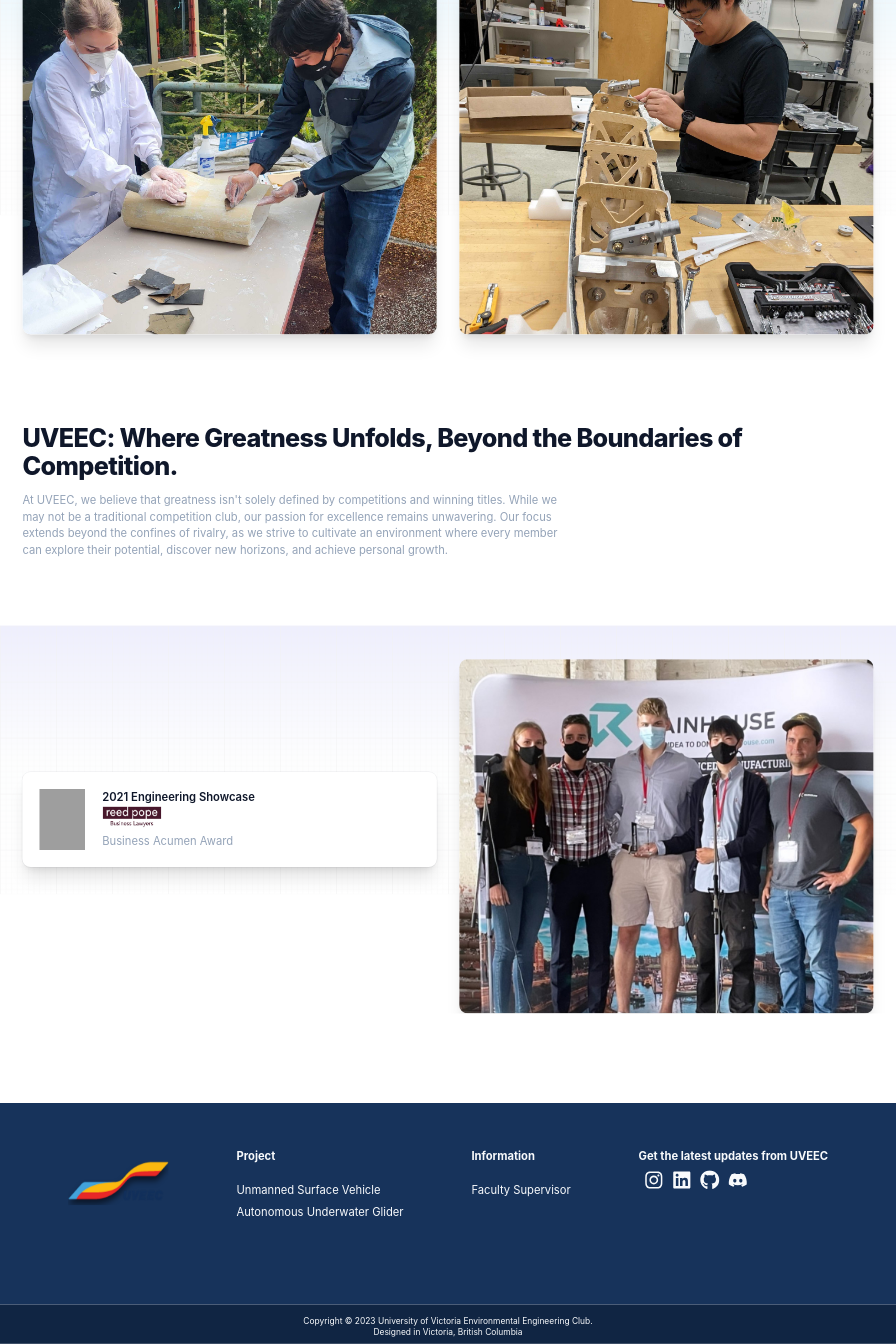
Repository: markaxelus/uveec-website
Page: /
An editor plug-in stored every save of this project. The page is shown before and after the next save, followed by the edit.
The browser window is 1280 px wide. The pictures show the part of the page from y = 1264 to 3184 px (the page is 3184 px tall before and 3104 px after), at 70% of full size.
Pictures or frames that could not be fetched are drawn as grey boxes. The project was rebuilt for these pictures with package versions that can differ from the ones it lists, and the page was loaded fresh each time. The framework's server and built-in components were replaced by stand-ins that run in the browser. Also part of the build but not shown: next.config.js, src/components/molecules/ProfileCard.tsx.

Above is the page before, as saved 2024-06-08 23:39:44.

After the next save:
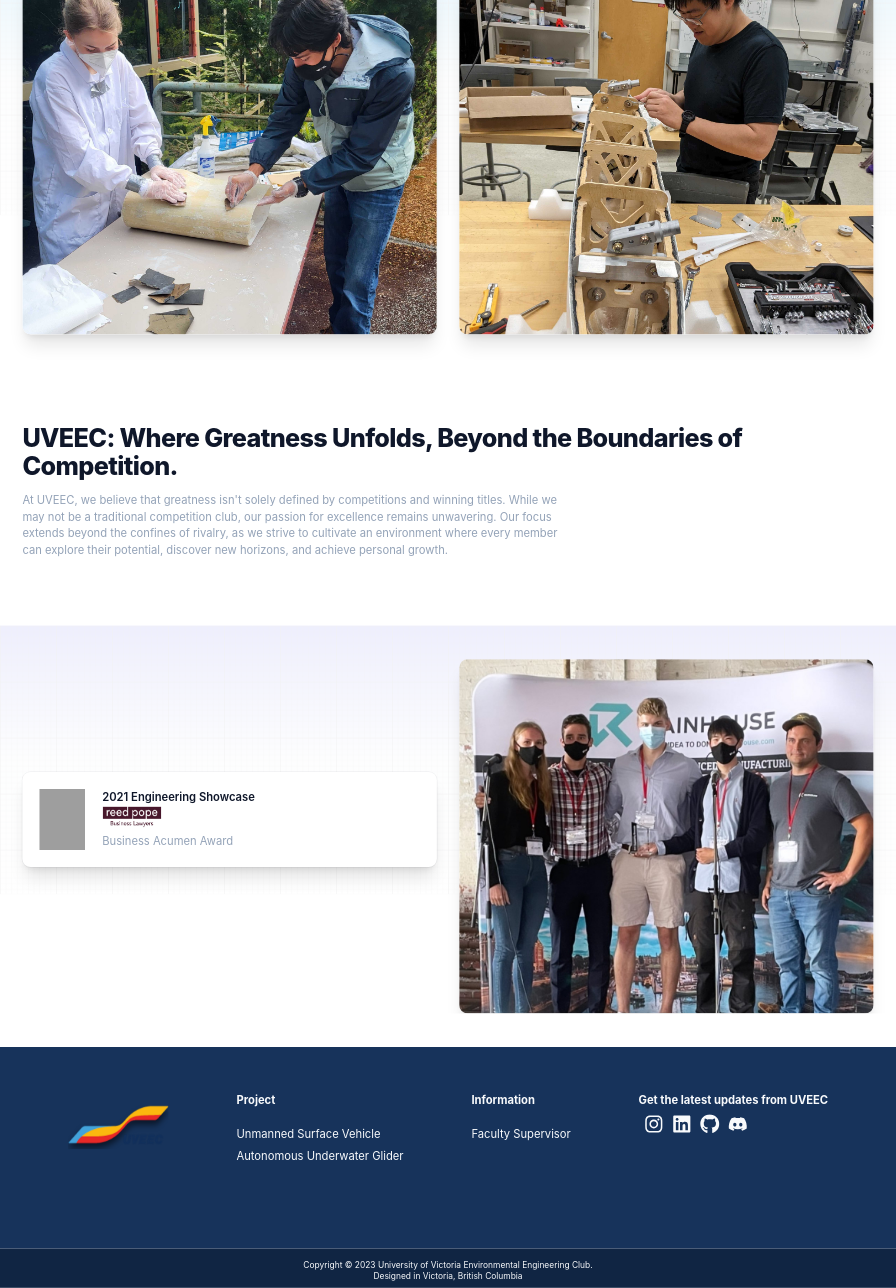
Saved 10 s later.
--- a/pages/index.tsx
+++ b/pages/index.tsx
@@ -38,7 +38,7 @@
         <HeroBanner />
         <SponsorMarquee />
         <main>
-          <div className="pt-20 mb-20 space-y-20 overflow-hidden sm:pt-32 sm:mb-32 sm:space-y-32 md:pt-40 md:mb-30 md:space-y-20">
+          <div className="pt-20 mb-20 space-y-20 overflow-hidden sm:pt-32 sm:mb-32 sm:space-y-32 md:pt-40 md:mb-12 md:space-y-20">
 
             <section id="team">
               <div className="max-w-7xl mx-auto px-4 sm:px-6 md:px-8">
